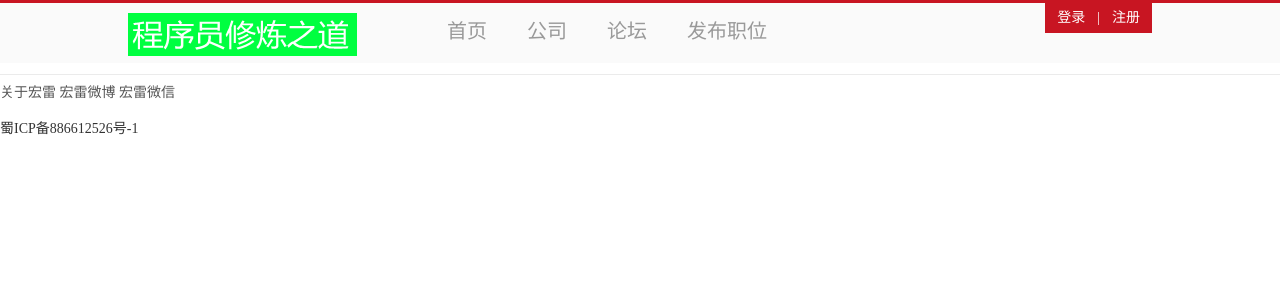
Repository: honglei92/javaweb_EE
Page: http://localhost/apple/
The author's editor kept a copy of each file at every save. The page is drawn from the files as they stood at one save, then again after the next save.
The browser window is 1280 px wide. The pictures show the whole page.
The page is served by Tomcat 9.

Above is the page before, as saved 2013-09-02 06:27:36.

After the next save:
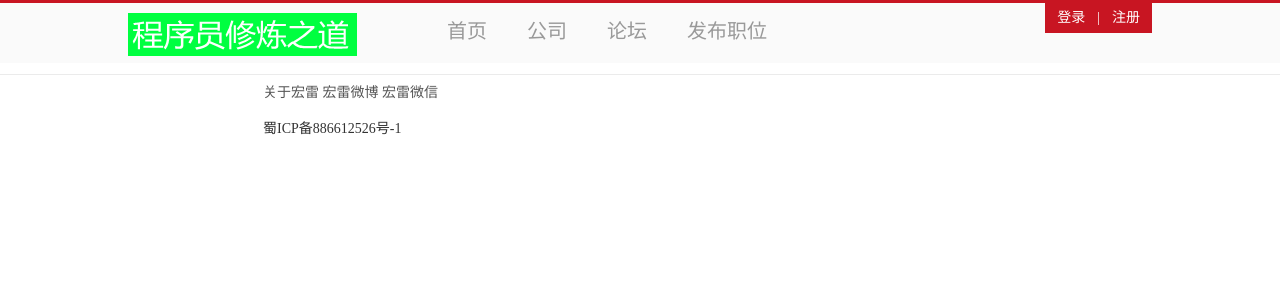
Saved 18 s later.
--- a/apple/WebContent/css/style.css
+++ b/apple/WebContent/css/style.css
@@ -126,5 +126,6 @@ a:HOVER {
 
 #footer .wrapper{
 	width: 754px;
+	margin: 0 auto;
 
 }
